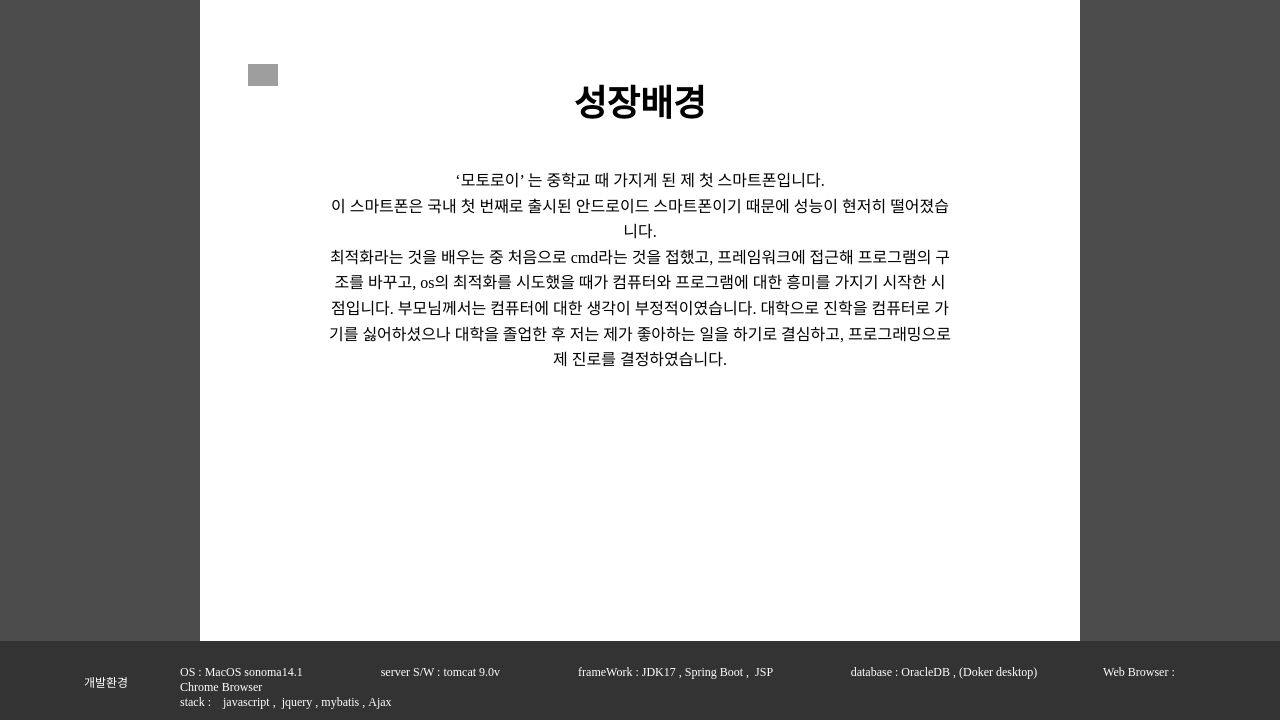
Repository: LeeHaNeul96/Leehaneul
Page: http://localhost/com.introduce/WEB-INF/views/more2.jsp
The author's editor kept a copy of each file at every save. The page is drawn from the files as they stood at one save, then again after the next save.
The browser window is 1280 px wide. The pictures show the whole page.
Pictures or frames that could not be fetched are drawn as grey boxes. The page is served by Tomcat 9. Nobody is signed in. The template is opened directly, without the code that normally fills it, so the values that code supplies are empty.

Above is the page before, as saved 2023-10-31 10:20:49.
Console error: ReferenceError: $h2Elements is not defined

After the next save:
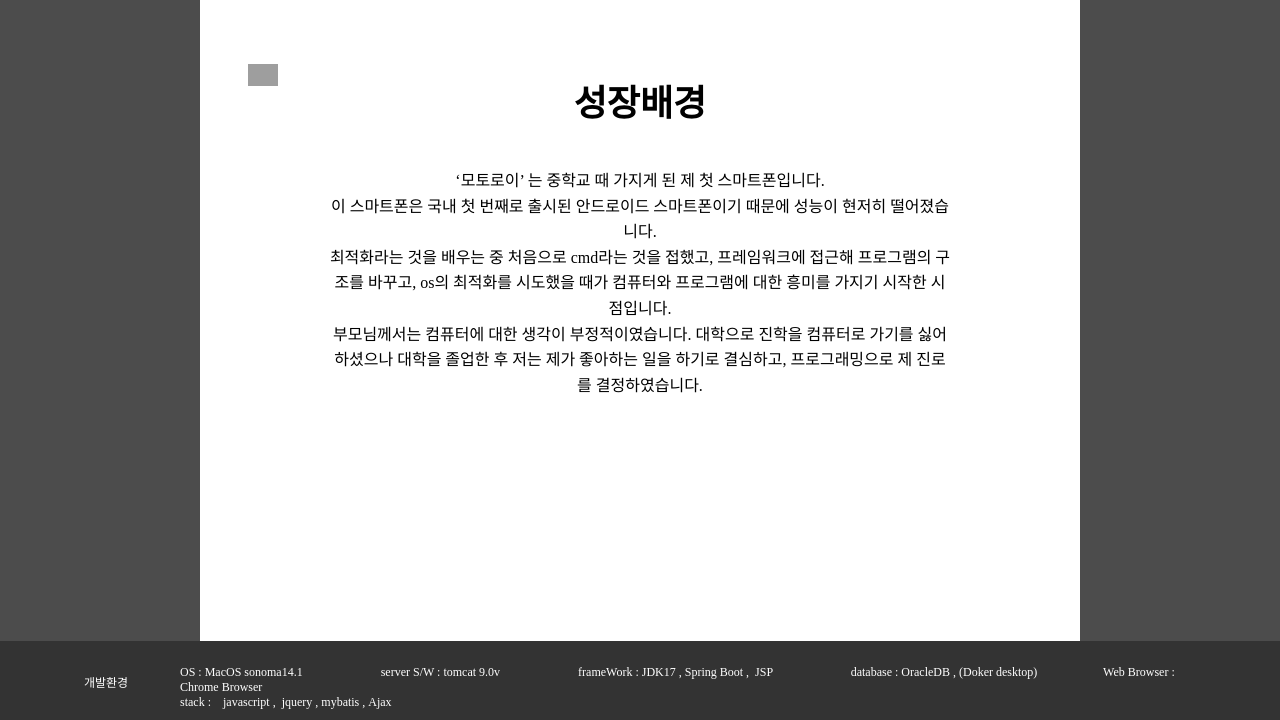
Saved 13 s later.
--- a/com.introduce/src/main/webapp/WEB-INF/views/more2.jsp
+++ b/com.introduce/src/main/webapp/WEB-INF/views/more2.jsp
@@ -112,7 +112,8 @@ $(function() {
 <h1> 성장배경 </h1><br>
 <div class="content">
 ‘모토로이’ 는 중학교 때 가지게 된 제 첫 스마트폰입니다.<br>
- 이 스마트폰은 국내 첫 번째로 출시된 안드로이드 스마트폰이기 때문에 성능이 현저히 떨어졌습니다. <br>최적화라는 것을 배우는 중 처음으로 cmd라는 것을 접했고, 프레임워크에 접근해 프로그램의 구조를 바꾸고, os의 최적화를 시도했을 때가 컴퓨터와 프로그램에 대한 흥미를 가지기 시작한 시점입니다.
+ 이 스마트폰은 국내 첫 번째로 출시된 안드로이드 스마트폰이기 때문에 성능이 현저히 떨어졌습니다. <br>
+ 최적화라는 것을 배우는 중 처음으로 cmd라는 것을 접했고, 프레임워크에 접근해 프로그램의 구조를 바꾸고, os의 최적화를 시도했을 때가 컴퓨터와 프로그램에 대한 흥미를 가지기 시작한 시점입니다.<br>
 부모님께서는 컴퓨터에 대한 생각이 부정적이였습니다. 대학으로 진학을 컴퓨터로 가기를 싫어하셨으나 대학을 졸업한 후 저는 제가 좋아하는 일을 하기로 결심하고, 프로그래밍으로 제 진로를 결정하였습니다.
 </div>
 </div>
